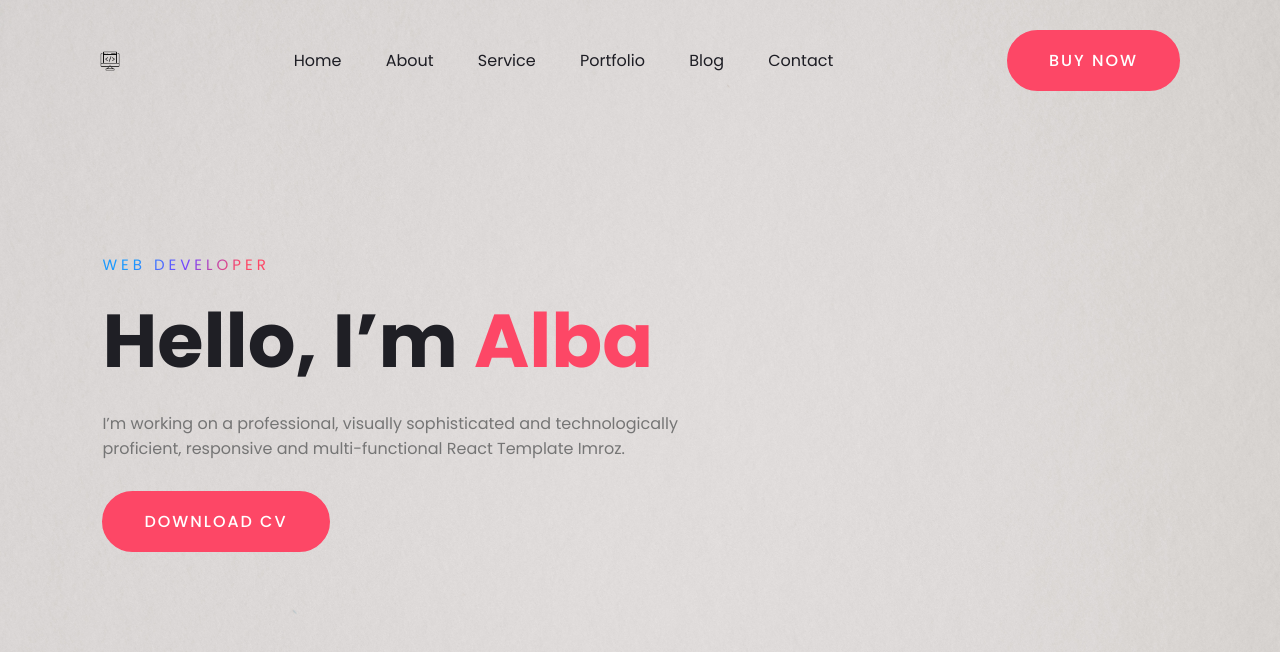
Repository: pilar122/port
Page: index.html
The author's editor kept a copy of each file at every save. The page is drawn from the files as they stood at one save, then again after the next save.
The browser window is 1280 px wide. The pictures show the whole page.

Above is the page before, as saved 2022-01-29 11:47:25.

After the next save:
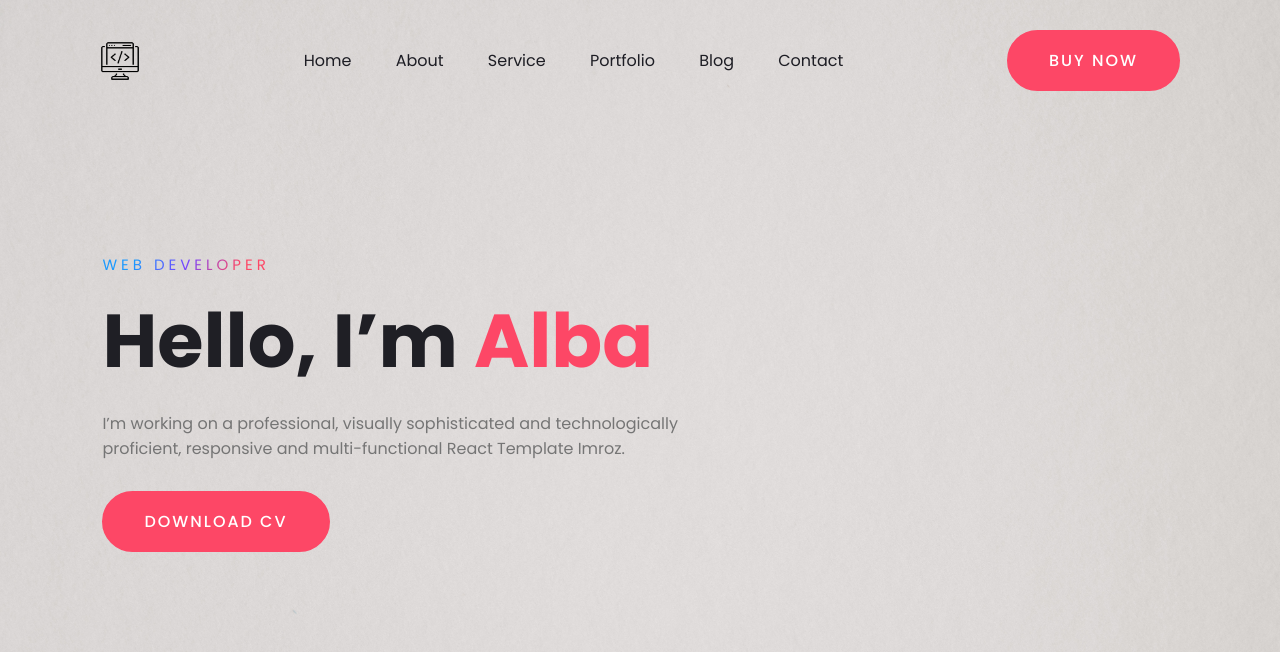
Saved 8 s later.
--- a/style.css
+++ b/style.css
@@ -21,7 +21,7 @@ nav{
     padding: 30px 100px;
 }
 .logo{
-    max-height: 20px;
+    max-height: 40px;
 }
 nav ul li{
     list-style: none;
